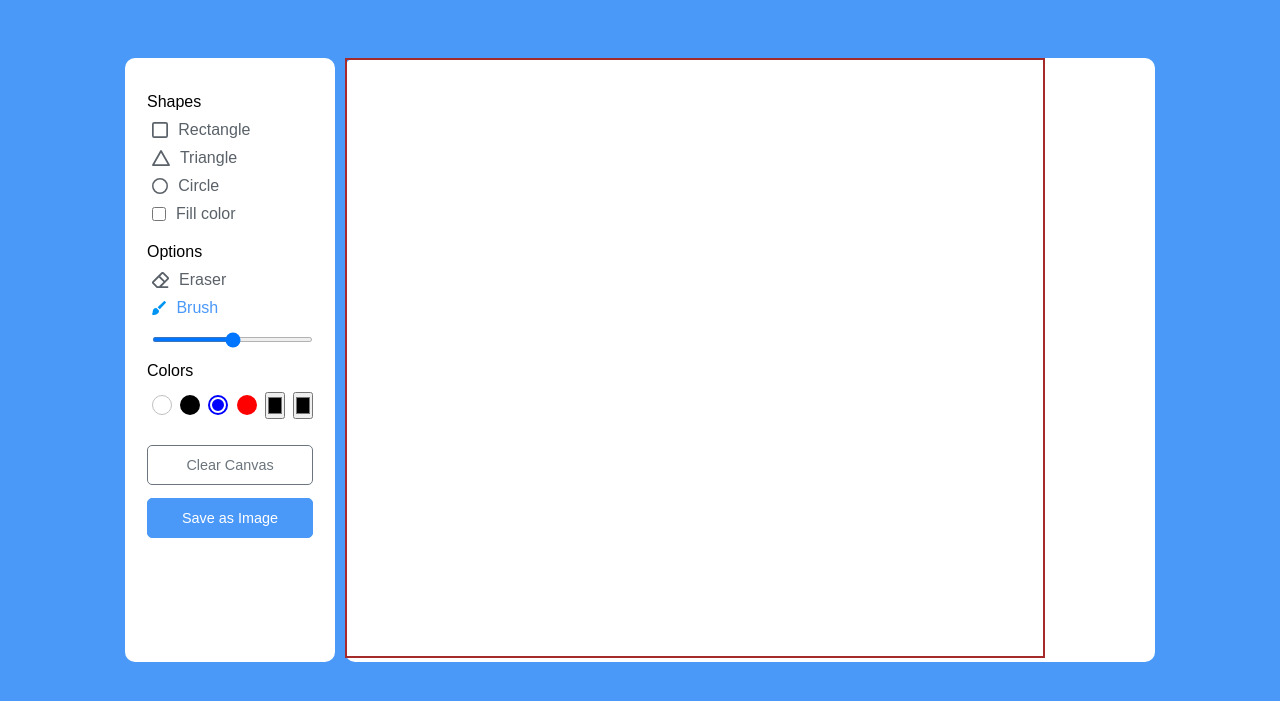
Repository: mdsajib50/Drawing-app
Page: index.html
These files come from the project's save history. The page is drawn as it stood at one moment and after a run of saves; the edit follows.
The browser window is 1280 px wide. The pictures show the whole page.

Above is the page before, as saved 2025-02-19 19:47:15.

After the next 2 saves:
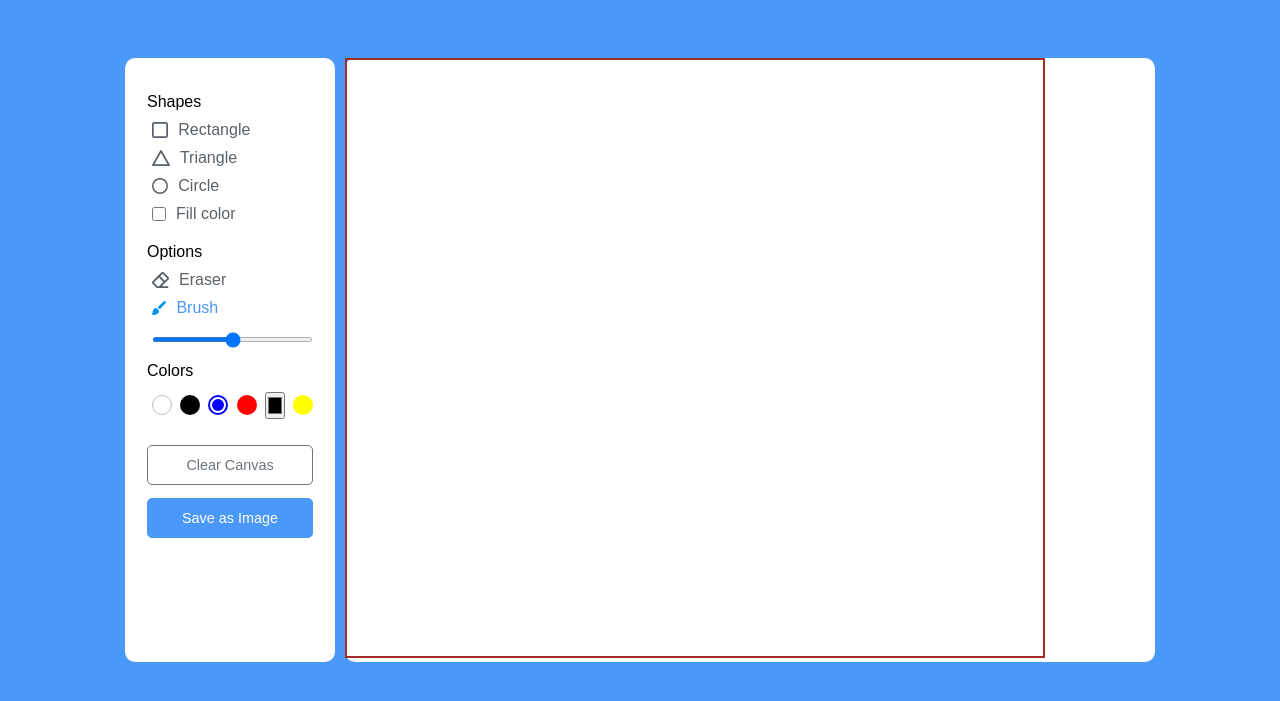
The 2 saves are shown as one change because they came seconds apart.
The last was saved 6 s later.
--- a/style.css
+++ b/style.css
@@ -127,7 +127,8 @@ section{
 }
 
 .option #color-picker{
-    op
+    opacity: 0;
+
 }
 
 .buttons button{
